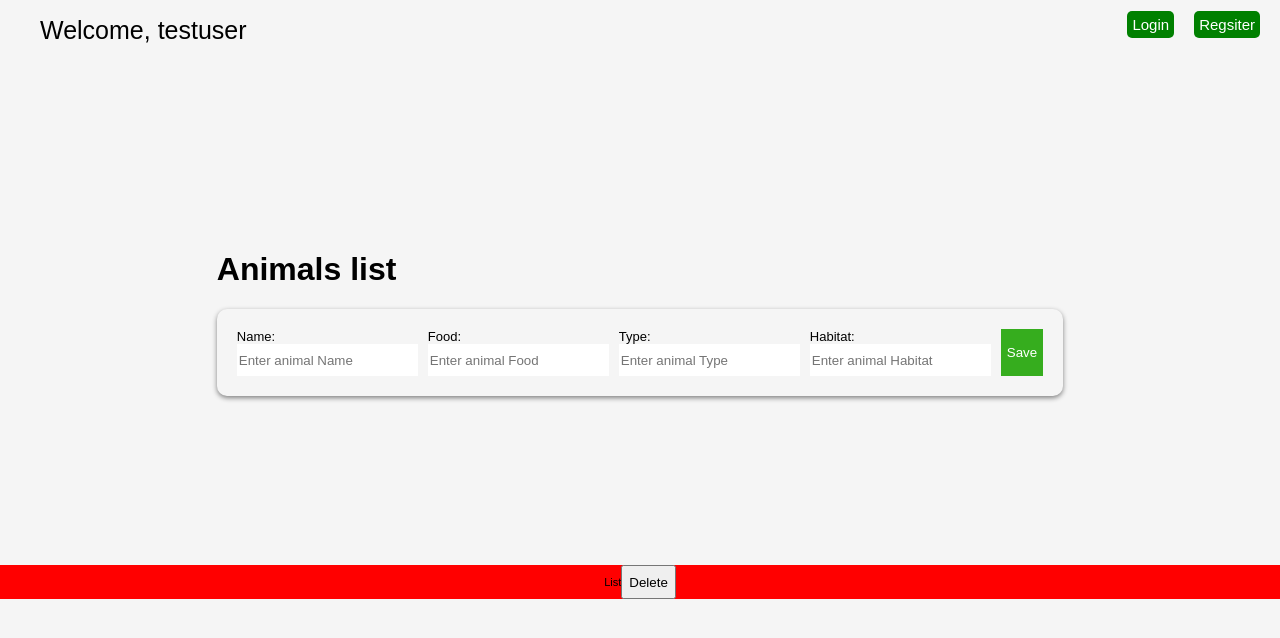
Repository: Dennis-star1001/PHP-CRUD
Page: http://localhost/
These files come from the project's save history. The page is drawn as it stood at one moment and after the next save; the edit follows.
The browser window is 1280 px wide. The pictures show the whole page.
The page is run by PHP 8.4 with error messages shown; the project is at /var/www/html/. The session is filled in as if someone had signed in: {"id": 1, "username": "testuser"}. Queries for data that is not in the repository find no rows.

Above is the page before, as saved 2022-07-06 20:12:03.

### index.php
<?php

require("backend.php");


// if(!isset($_SESSION['id'])){
//     header("Location: login.php");
//     exit;
// }
?>
<?php
$err = "";
$success = '';
$clas = '';
if (isset($_GET['err'])) {
    $err = $_GET['err'];
    $clas = 'error';
} elseif (isset($_GET['success'])) {
    $success = $_GET['success'];
    $clas = 'success';
}

?>
<!DOCTYPE html>
<html lang="en">

<head>
    <meta charset="UTF-8">
    <meta http-equiv="X-UA-Compatible" content="IE=edge">
    <meta name="viewport" content="width=device-width, initial-scale=1.0">
    <link rel="stylesheet" href="style.css">

    <title>Document</title>
</head>

<body>
    <nav>
        <ul>
            <div class="main_nav">
                <?php echo "<li class='welcome'>" . "Welcome, " . $_SESSION['username'] . "</li>" ?>
                <div class="nav-links">
                    <li><a href="login.php">Login</a></li>
                    <li><a href="register.php">Regsiter</a></li>
                </div>

            </div>

        </ul>
    </nav>

    <div class="main-animal">
        <div class="animal-container">
            <div class="lef">
                <h1 class="title">Animals list</h1>
                <?php echo "<div class='$clas'>$success</div>" ?>
                <?php echo "<div class='$clas'>$err</div>" ?>

                <form method="POST" action="animals.php" class="animal-list">
                    <div class="input-field">
                        <label for="name">Name:</label>
                        <input type="text" placeholder="Enter animal Name" name='name'>
                    </div>

                    <div class="input-field">
                        <label for="name">Food:</label>
                        <input type="text" placeholder="Enter animal Food" name='food'>
                    </div>

                    <div class="input-field">
                        <label for="name">Type:</label>
                        <input type="text" placeholder="Enter animal Type" name='type'>
                    </div>


                    <div class="input-field">
                        <label for="name">Habitat:</label>
                        <input class="text-input" type="text" placeholder="Enter animal Habitat" name='habitat'>
                    </div>

                    <button type='submit' value="Save" class="submit" name="save">Save</button>
                </form>
            </div>
        </div>
        <div>

            <?php
            $sql = "SELECT * FROM animals ";
            $query = mysqli_query($conn, $sql);
            while ($row = mysqli_fetch_array($query)) {
                echo "<table>";
                echo "<tr>";
                echo "<td>{$row['id']}</td>";
                echo "<td> <b>Animal Name: </b>{$row['Name']},</td>";
                echo "<td> <b>Animal Food: </b>{$row['Food']},</td>";
                echo "<td><b>Animal Type: </b>{$row['Type']},</td>";
                echo " <td><b>Animal Habitat: </b> {$row['Habitat']}</td>";
                echo " <button>Delete</button>";
                echo "</tr>";
                echo "</table>";
            }
            ?>
        </div>
    </div>
    <div class="output">
        <p>List</p>
        <button>Delete</button>
    </div>
</body>

</html>

### backend.php
<?php
session_start();
require("connection.php");

if (isset($_POST['register'])) {
    $username = $_POST['username'];
    $email = $_POST['email'];
    $password = $_POST['password'];
    $phone = $_POST['phone'];

    if (empty($username) || empty($email) || empty($password) || empty($phone)) {
        header("Location: register.php?err=Empty field not allowed!");
        exit;
    }

    //check if existed
    $Select_sql = "SELECT * FROM register WHERE username = '$username' AND phone = '$phone'";

    $query =  mysqli_query($conn, $Select_sql);


    if (mysqli_num_rows($query) > 0) {
        header("Location: register.php?err=This user already exist");
        exit;
    } else {
        $Insert_sql = "INSERT INTO register SET username = '$username', email='$email', password='$password', phone = '$phone'";
        mysqli_query($conn, $Insert_sql);
        header("Location: login.php?success=You can now register");
    }
}


if (isset($_POST['login'])) {
    $username = $_POST['username'];

    $password = $_POST['password'];


    if (empty($username) || empty($password)) {
        header("Location: login.php?err=Empty field not allowed!");
        exit;
    }else{

    }

    $Select_sql = "SELECT * FROM register WHERE username = '$username' AND password = '$password'";
    $query = mysqli_query($conn, $Select_sql);
    if (mysqli_num_rows($query) > 0) {
        $row = mysqli_fetch_array($query);
        $_SESSION['id'] = $row['id'];
        $_SESSION['username'] = $row['username'];
        $_SESSION['password'] = $row['password'];
        header("Location: index.php?success=Logged in...");
    } else {
        header("Location: login.php?err=User not found!");
        exit;
    }

}
if (isset($_POST['save'])) {
    echo "Saved";
    $name = $_POST['name'];
    $Food = $_POST['food'];
    $Type = $_POST['type'];
    $Habitat = $_POST['habitat'];
    echo $name;
    if (empty($name) || empty($Food) || empty($Type) || empty($Habitat)) {

        header("Location: index.php?err=Empty field not allowed!");
        exit;
    } else {
        $Insert_sql = "INSERT INTO animals SET  Name='$name', Food='$Food', Type='$Type', Habitat='$Habitat'";
        mysqli_query($conn, $Insert_sql);
        header("Location: index.php?success=Successfully submited list!");

    }

}

### connection.php
<?php
$conn = mysqli_connect("localhost", "root", "", "Wild_animals");
if(!$conn){
die("Connection failed: " . mysqli_connect_error());
}

### style.css
body {
    margin: 0px;
    font-family: sans-serif;
    background-color: whitesmoke;

}

.heading{

    text-align: center;

}

.container{
    display: flex;
    justify-content: center;
    align-items: center;
    height: 100vh;
}
.animal-container{
    display: flex;
    justify-content: center;
    align-items: center;
    height: 70vh;
}
.left{
    display: flex;
    flex-direction: column;
    width: 20%;
    /* border: 1px solid black; */
    box-shadow: 0 2px 5px gray;
    border-radius: 10px;
    padding: 20px;
    gap: 10px;
}
.animal-list{
    display: flex;

    /* border: 1px solid black; */
    box-shadow: 0 2px 5px gray;
    border-radius: 10px;
    padding: 20px;
    gap: 10px;
}
.input-field{
    display: flex;
    flex-direction: column;
}
input{
    height: 30px;
    border: none;

}
input:focus{
    outline: none;
    border-bottom: 1px solid gray;
}
label{
    font-size: 13px;
}
.submit{
    background-color: rgb(54, 173, 30);
    border: none;
    color: white;
}
.main_nav{
display: flex;
justify-content: space-between;
}
.welcome{
    list-style: none;
    font-size: 25px;
}
.error {

    width: 100%;
    background-color: pink;
    color: red;
    font-family: sans-serif;
    display: flex;
    justify-content: center;
    align-items: center;
    font-size: 15px;


}

.success {
    height: 5%;
    width: 100%;
    background-color: lightgreen;
    color: green;
    font-family: sans-serif;
    display: flex;
    justify-content: center;
    align-items: center;
    font-size: 15px;
}
p{
    font-size: 11px;
    text-align: center;
}
.nav-links{
    display: flex;
    list-style: none;
    justify-content: right;
    padding-right: 10px;

}

.nav-links li a{
    padding: 5px;
    border-radius: 5px;
    margin: 5px 10px;
    font-size: 15px;
    text-decoration: none;
    color: white;
    background-color: green;
}
.output{
    display: flex;
    justify-content: center;
    background-color: red;
}
/* .main-animal{
    display: flex;
    justify-content: center;
    flex-direction: column;
    align-items: center;
} */

After the next save:
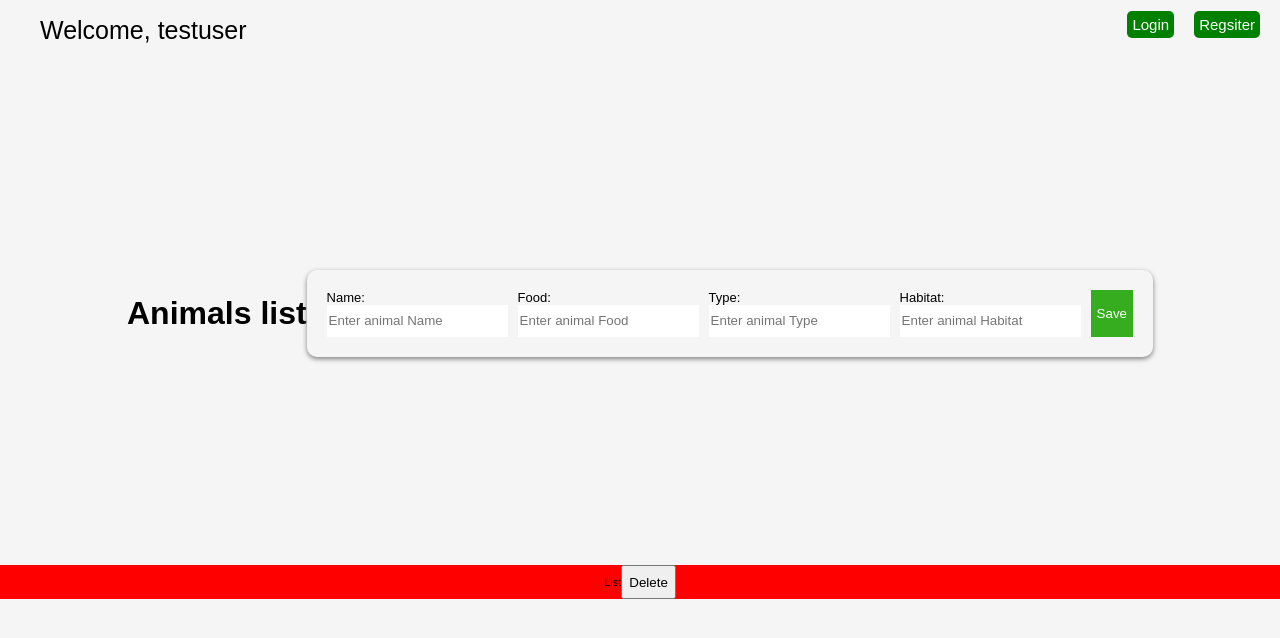
Saved 35 s later.
--- a/index.php
+++ b/index.php
@@ -50,7 +50,7 @@
 
     <div class="main-animal">
         <div class="animal-container">
-            <div class="lef">
+
                 <h1 class="title">Animals list</h1>
                 <?php echo "<div class='$clas'>$success</div>" ?>
                 <?php echo "<div class='$clas'>$err</div>" ?>
@@ -79,7 +79,7 @@
 
                     <button type='submit' value="Save" class="submit" name="save">Save</button>
                 </form>
-            </div>
+
         </div>
         <div>
 

After the save that followed:
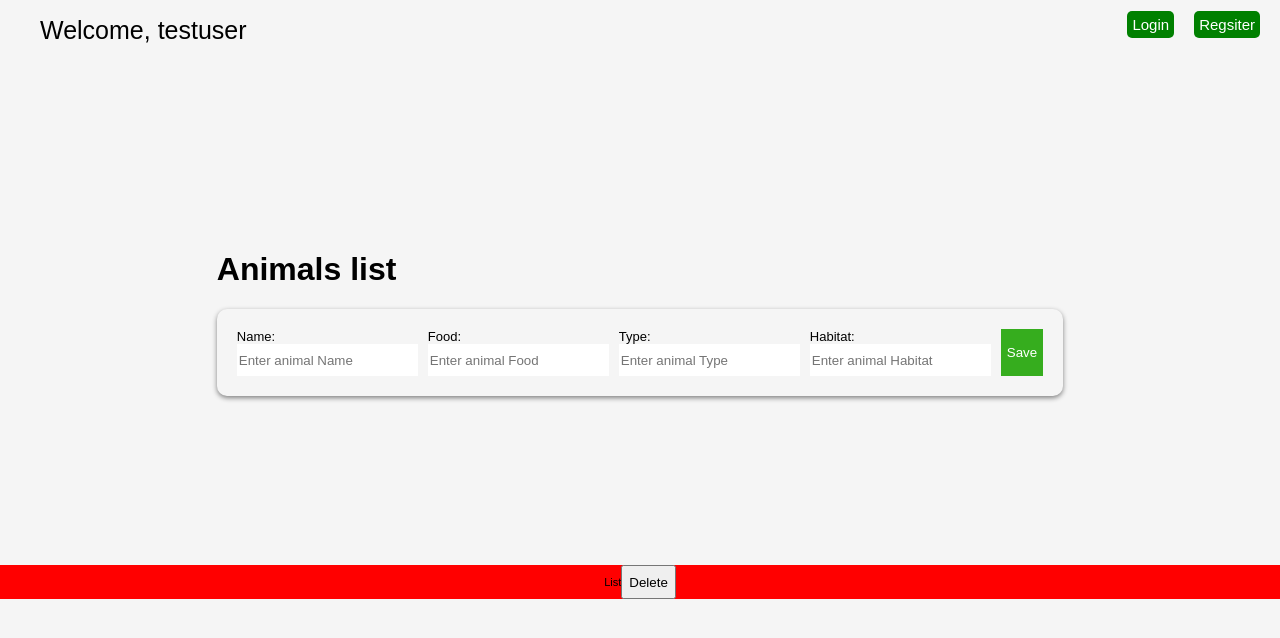
Saved 5 s later.
--- a/index.php
+++ b/index.php
@@ -50,7 +50,7 @@
 
     <div class="main-animal">
         <div class="animal-container">
-
+            <div class="lef">
                 <h1 class="title">Animals list</h1>
                 <?php echo "<div class='$clas'>$success</div>" ?>
                 <?php echo "<div class='$clas'>$err</div>" ?>
@@ -79,7 +79,7 @@
 
                     <button type='submit' value="Save" class="submit" name="save">Save</button>
                 </form>
-
+            </div>
         </div>
         <div>
 
